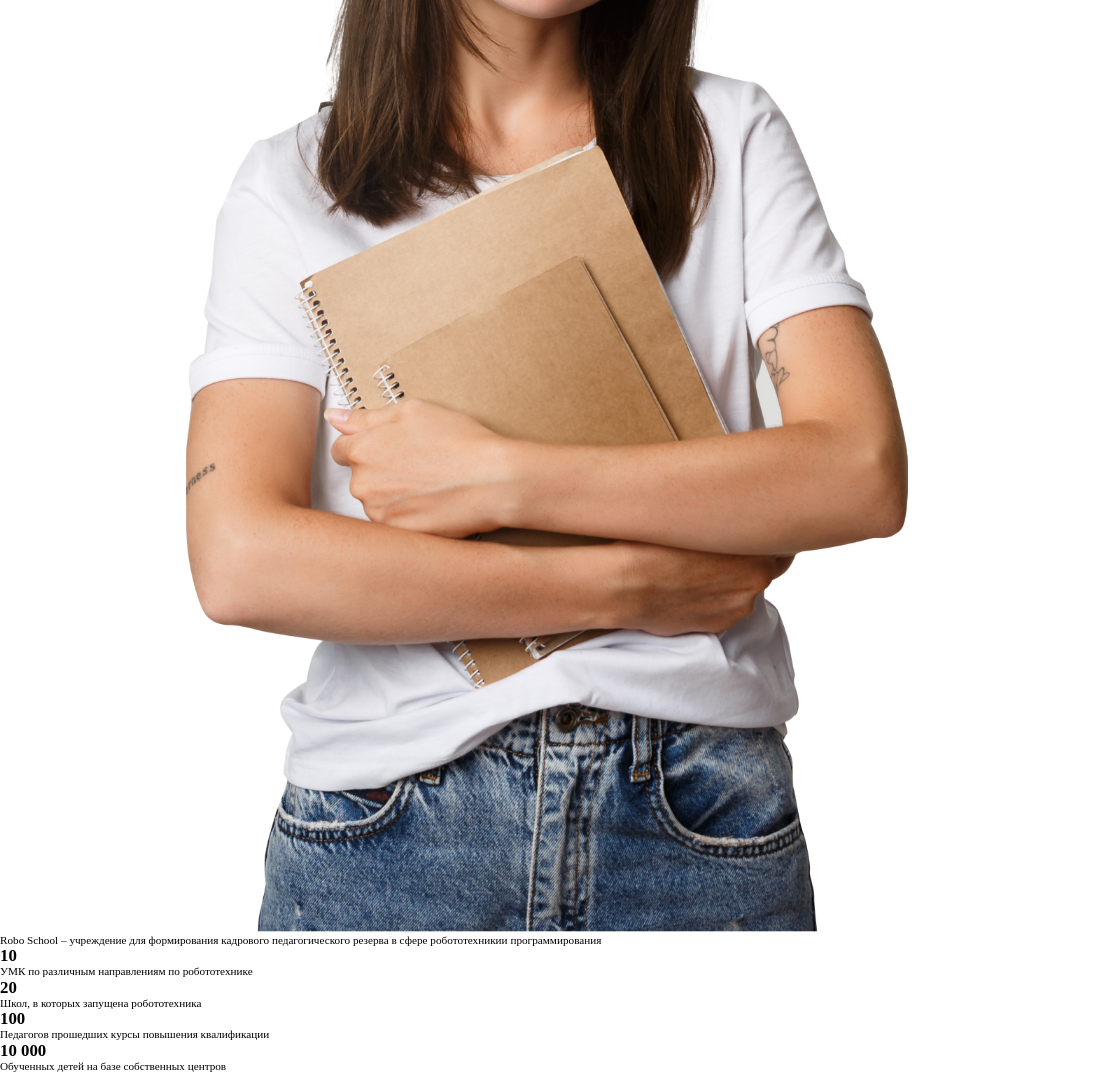
Repository: Shaiyr1/robo
Page: index.html
These files come from the project's save history. The page is drawn as it stood at one moment and after a run of saves; the edit follows.
The browser window is 1280 px wide. The page is 1566 px wide, so the pictures cover 1566 px, including what lies to the right of the window. The pictures show the part of the page from y = 658 to 2218 px (the page is 2191 px tall before and 2218 px after), at 70% of full size.

Above is the page before, as saved 2026-11-02 16:42:26.

### index.html
<!DOCTYPE html>
<html lang="en">

<head>
    <meta charset="UTF-8">
    <meta http-equiv="X-UA-Compatible" content="IE=edge">
    <meta name="viewport" content="width=device-width, initial-scale=1.0">
    <link rel="stylesheet" href="./src/css/style.css">
    <title>Document</title>
</head>

<body>
    <header class="header">
        <nav class="header-nav">
            <a class="header-nav__link" href="">
                ROBO.SCHOOL
            </a>
            <ul class="header-nav__ul">
                <li class="header-nav__li">
                    <a class="header-nav__li-link" href="">О школе</a>
                </li>
                <li class="header-nav__li">
                    <a class="header-nav__li-link" href="">Тренеры</a>
                </li>
                <li class="header-nav__li">
                    <a class="header-nav__li-link" href="">Стоимость</a>
                </li>
            </ul>
            <a class="header-nav__number" href="">+7 800 000 11 22</a>
        </nav>
    </header>
    <main>
        <section class="home">
            <div class="container home_blocks">
                <div class="home-block">
                    <h1 class="home-block__title">ROBO SCHOOL</h1>
                    <p class="home-block__subtitle">Курсы повышения квалификации по робототехнике для педагогов
                        начальной школы</p>
                    <button class="home-block__btn">Записаться на курс</button>
                </div>
                <img class="home__img" src="./src/img/Group 211 (5).png" alt="homeImage">
            </div>
        </section>
        <section class="about">
            <div class="container">
                <p class="about__text">
                    <span>Robo School</span> – учреждение для формирования кадрового педагогического резерва в сфере
                    робототехникии программирования
                </p>
                <div class="about-items">
                    <div class="about-item">
                        <h2 class="about-item__number">10</h2>
                        <p class="about-item__text">
                            УМК по различным направлениям по робототехнике
                        </p>
                    </div>
                    <div class="about-item">
                        <h2 class="about-item__number">20</h2>
                        <p class="about-item__text">
                            Школ, в которых запущена робототехника
                        </p>
                    </div>
                    <div class="about-item">
                        <h2 class="about-item__number">100</h2>
                        <p class="about-item__text">
                            Педагогов прошедших курсы повышения квалификации
                        </p>
                    </div>
                    <div class="about-item">
                        <h2 class="about-item__number">10 000</h2>
                        <p class="about-item__text">
                            Обученных детей на базе собственных центров
                        </p>
                    </div>
                </div>
            </div>
        </section>
        <section class="result">
            <div class="container">

            </div>
        </section>
    </main>
</body>

</html>

### src/css/style.css
* {
    margin: 0;
    padding: 0;
    -webkit-box-sizing: border-box;
    box-sizing: border-box
}

After the next 7 saves:
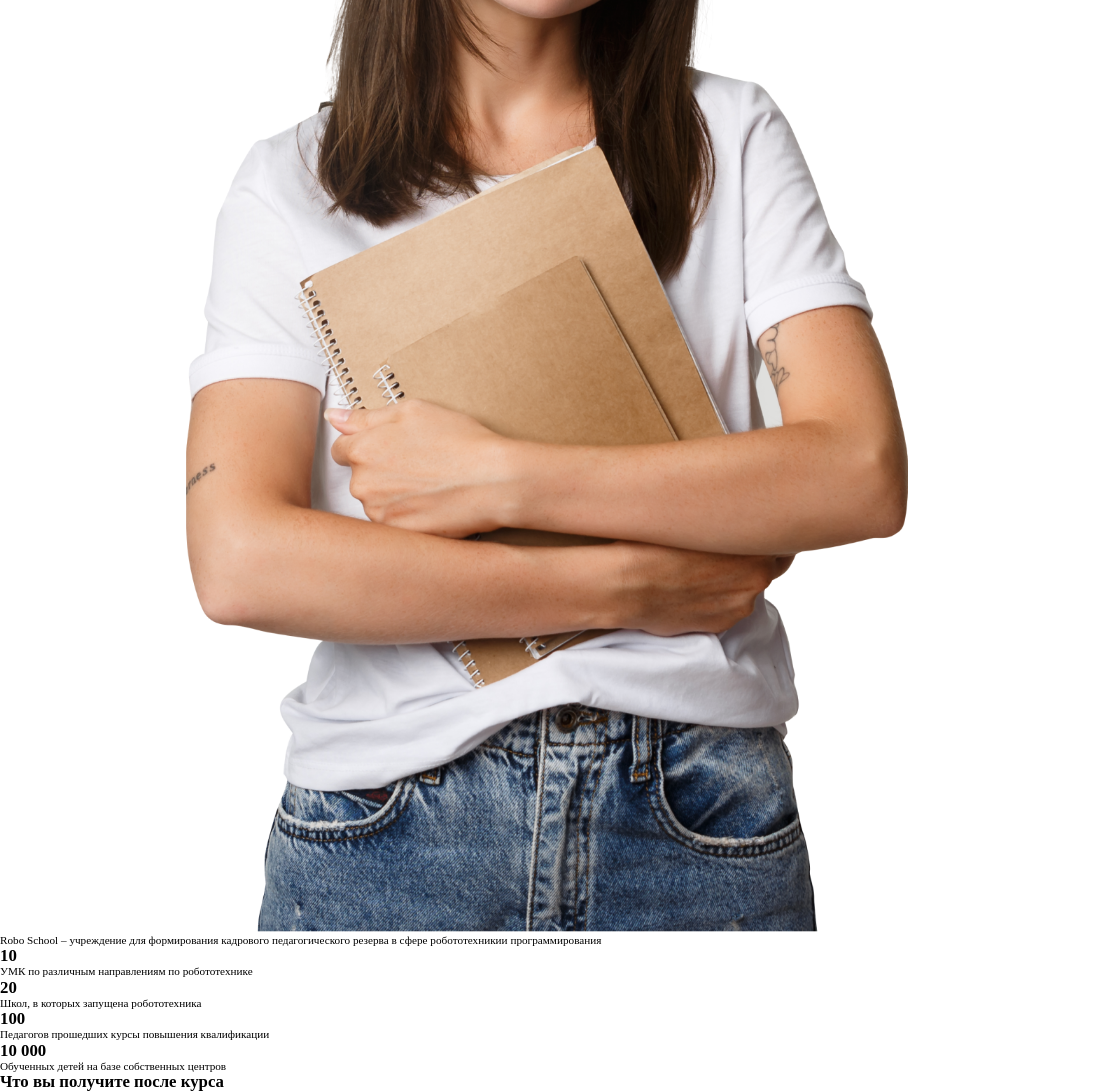
The 7 saves are shown as one change because they came seconds apart.
The last was saved 25 s later.
--- a/index.html
+++ b/index.html
@@ -77,6 +77,7 @@
         </section>
         <section class="result">
             <div class="container">
+                <h2 class="result__title">Что вы получите после курса</h2>
 
             </div>
         </section>
